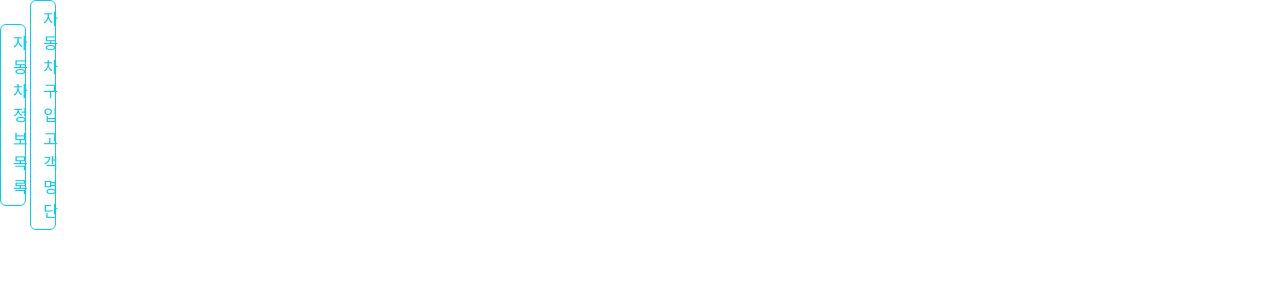
Repository: ssung2sin/sist0615_spring
Page: http://localhost/SpringMysql6/
The author's editor kept a copy of each file at every save. The page is drawn from the files as they stood at one save, then again after the next save.
The browser window is 1280 px wide. The pictures show the whole page.
Some web fonts or font styles are not loaded; a fallback is used. The page is served by Tomcat 9. Nobody is signed in. The application's start-up code is not run. Other server files are loaded and not shown.

Above is the page before, as saved 2023-10-12 01:08:53.

### SpringMysql6/src/main/webapp/index.jsp
<%@ page language="java" contentType="text/html; charset=UTF-8"
    pageEncoding="UTF-8"%>
<%@ taglib uri="http://java.sun.com/jsp/jstl/core" prefix="c"%>
<%@ taglib uri="http://java.sun.com/jsp/jstl/fmt" prefix="fmt"%>
<!DOCTYPE html>
<html>
<head>
<meta charset="UTF-8">
<link href="https://cdn.jsdelivr.net/npm/bootstrap@5.3.0/dist/css/bootstrap.min.css" rel="stylesheet">
<link href="https://fonts.googleapis.com/css2?family=Dongle:wght@300&family=Gaegu:wght@300&family=Nanum+Pen+Script&family=Sunflower:wght@300&display=swap" rel="stylesheet">
<script src="https://code.jquery.com/jquery-3.7.0.js"></script>
<title>Insert title here</title>
</head>
<body>
<%-- <c:redirect url="kakao/list"/> --%>
<button type="button" class="btn btn-outline-info"
style="width: 10px;" onclick="location.href='kakao/list'">자동차 정보목록</button>
<button type="button" class="btn btn-outline-info"
style="width: 10px;" onclick="location.href='member/list'">자동차 구입고객 명단</button>
</body>
</html>

After the next save:
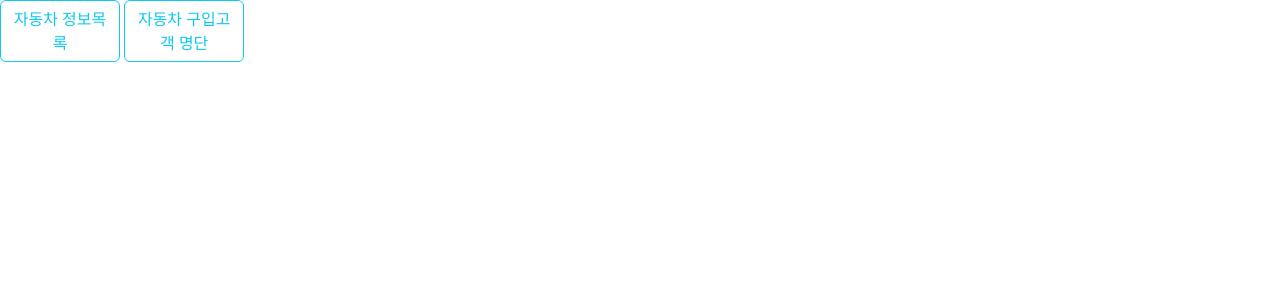
Saved 8 s later.
--- a/SpringMysql6/src/main/webapp/index.jsp
+++ b/SpringMysql6/src/main/webapp/index.jsp
@@ -14,8 +14,8 @@
 <body>
 <%-- <c:redirect url="kakao/list"/> --%>
 <button type="button" class="btn btn-outline-info"
-style="width: 10px;" onclick="location.href='kakao/list'">자동차 정보목록</button>
+style="width: 120px;" onclick="location.href='kakao/list'">자동차 정보목록</button>
 <button type="button" class="btn btn-outline-info"
-style="width: 10px;" onclick="location.href='member/list'">자동차 구입고객 명단</button>
+style="width: 120px;" onclick="location.href='member/list'">자동차 구입고객 명단</button>
 </body>
 </html>
